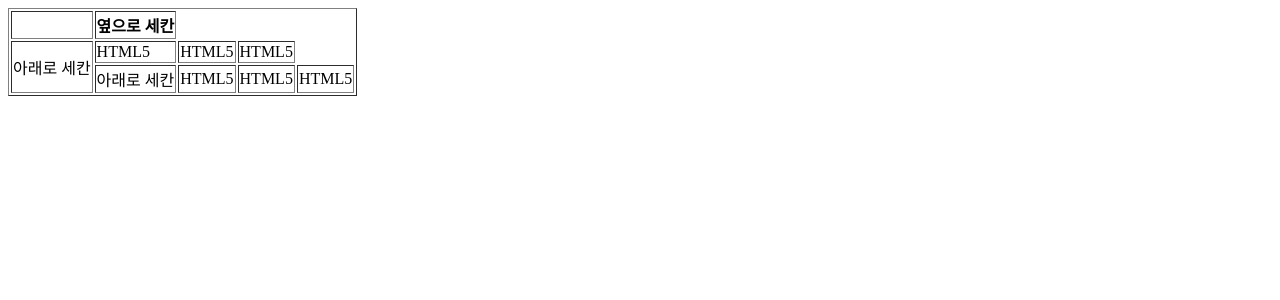
Repository: ygs3004/StudyHTML_CSS
Page: web project 01/src/main/webapp/chapter03/exam03_06.html
An editor plug-in stored every save of this project. The page is shown before and after the next save, followed by the edit.
The browser window is 1280 px wide. The pictures show the whole page.

Above is the page before, as saved 2022-08-04 06:18:07.

After the next save:
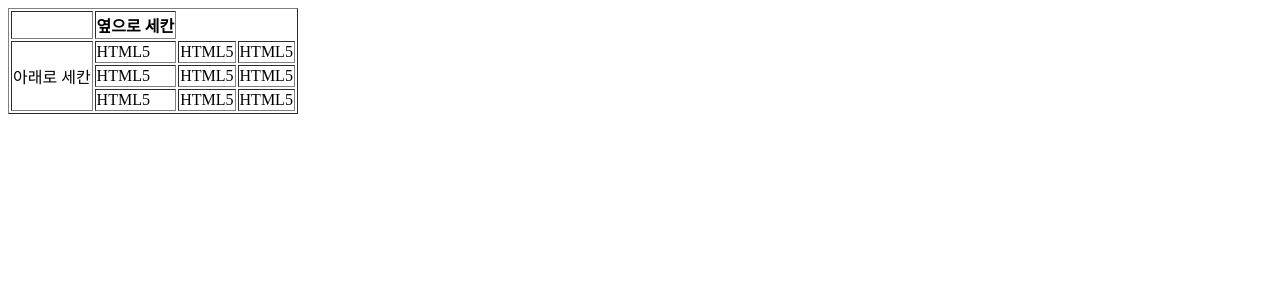
Saved 11 s later.
--- a/web project 01/src/main/webapp/chapter03/exam03_06.html
+++ b/web project 01/src/main/webapp/chapter03/exam03_06.html
@@ -20,7 +20,11 @@
 				<td>HTML5</td>
 			</tr>
 			<tr>
-				<td rowspan="3">아래로 세칸</td>
+				<td>HTML5</td>
+				<td>HTML5</td>
+				<td>HTML5</td>
+			</tr>
+			<tr>
 				<td>HTML5</td>
 				<td>HTML5</td>
 				<td>HTML5</td>
